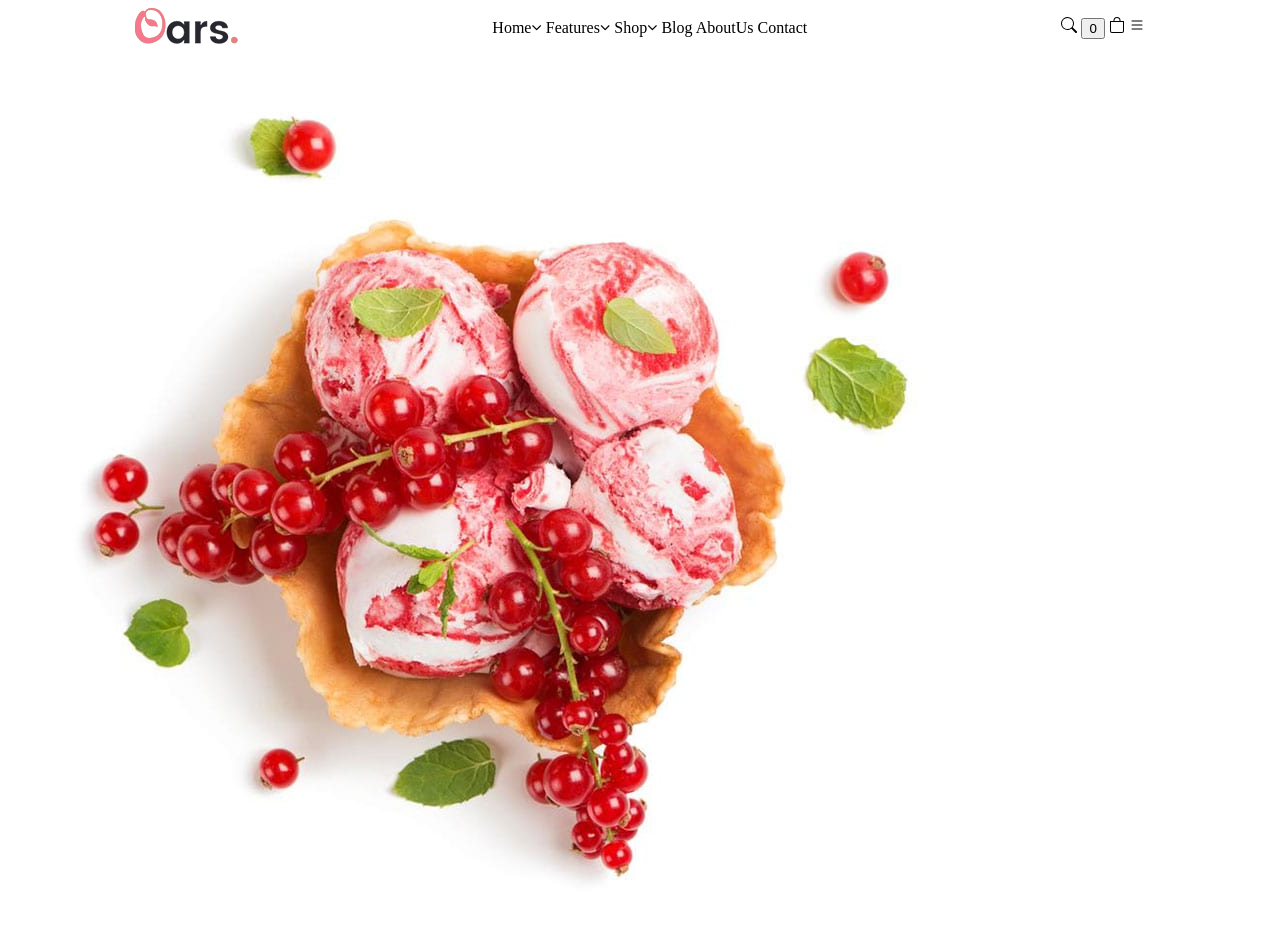
Repository: pradeepi2i/ice-cream
Page: icecream.html
These files come from the project's save history. The page is drawn as it stood at one moment and after the next save; the edit follows.
The browser window is 1280 px wide. The pictures show the part of the page from y = 0 to 952 px (the page is 8871 px tall).

Above is the page before, as saved 2022-11-16 12:59:17.

### icecream.html
<!DOCTYPE html>
<html lang="en">
  <head>
    <meta charset="UTF-8" />
    <meta http-equiv="X-UA-Compatible" content="IE=edge" />
    <meta name="viewport" content="width=device-width, initial-scale=1.0" />
    <link rel="preconnect" href="https://fonts.googleapis.com" />
    <link rel="preconnect" href="https://fonts.gstatic.com" crossorigin />
    <link
      href="https://fonts.googleapis.com/css2?family=Poppins:wght@500;400;200&display=swap"
      rel="stylesheet"
    />
    <link
      rel="stylesheet"
      href="https://cdnjs.cloudflare.com/ajax/libs/font-awesome/4.7.0/css/font-awesome.min.css"
    />
    <link rel="stylesheet" href="./css/style.css" />
    <title>Ice-cream</title>
  </head>
  <body>
    <div class="header">
      <div class="navbar-left">
        <img src="./images/logo.png" alt="logo" class="title" />
      </div>
      <div class="navbar-center">
        <span class="navigation" id="home"
          >Home<i class="fa fa-angle-down down-arrow" aria-hidden="true"></i
        ></span>
        <span class="navigation"
          >Features<i class="fa fa-angle-down down-arrow" aria-hidden="true"></i
        ></span>
        <span class="navigation"
          >Shop<i class="fa fa-angle-down down-arrow" aria-hidden="true"></i
        ></span>
        <span class="navigation">Blog</span>
        <span class="navigation">AboutUs</span>
        <span class="navigation">Contact</span>
      </div>
      <div class="navbar-right">
        <img
          class="top-nav-icon"
          id="search"
          src="./images/search.svg"
          alt="search"
        />
        <button class="count">0</button>
        <img class="top-nav-icon" src="/images/bag.svg" alt="cart" id="bag" />
        <img class="top-nav-icon" src="/images/menu.svg" alt="menu" id="menu" />
      </div>
    </div>
    <div class="container">
      <div class="top-container">
        <div class="large-left-square-1">
          <img
            id="large-left"
            src="/images/strawberry-big.jpg"
            alt="strawberry-big"
            class="strawberry-big"
          />
        </div>
        <div class="right-rectangle-1">
          <div class="small-ice-row-1-col-1">
            <img
              class="small-ice"
              src="/images/ice-1.jpg"
              alt="Tiramisu Flavour"
            />
            <button class="hot">Hot</button>
            <div class="txt">
              <p class="flavour">Ice Cream With Tiramisu Flavour</p>
              <span class="price">$12.00</span>
            </div>
          </div>
          <div class="small-ice-row-1-col-2">
            <img class="small-ice" src="/images/ice-2.jpg" alt="Scrachatella" />
            <button class="hot">Hot</button>
            <button class="sale">Sale</button>
            <div class="txt">
              <p class="flavour">Scrachatella Ice Cream</p>
              <span class="price">$36.90</span>
              <span class="old-price">&nbsp$41.00</span>
            </div>
          </div>
          <div class="small-ice-row-1-col-1">
            <img
              class="small-ice"
              src="/images/ice-3.jpg"
              alt="Tiramisu Flavour"
            />
            <button class="hot">Hot</button>
            <div class="txt">
              <p class="flavour">Cream with strawberry</p>
              <span class="price">$15.00</span>
            </div>
          </div>
          <div class="small-ice-row-1-col-2">
            <img
              class="small-ice"
              src="/images/ice-4.jpg"
              alt="Cappuccino Ice Cream"
            />
            <button class="sale-only">Sale</button>
            <div class="txt">
              <p class="flavour">Cappuccino Ice Cream</p>
              <span class="price">$18.90</span>
              <span class="old-price">&nbsp$20.00</span>
            </div>
          </div>
        </div>
      </div>
      <div class="middle-container">
        <div class="poster">
          <div class="content">
            <h1 class="title">Stepping into15th years of sharing smiles</h1>
            <p class="subtitle">
              Prasent commodo cursus magna,vel scelerisque nisl consectetur et.
              Cras mattis consectetur purus sit amet fermentum. Lorem ipsum
              dolor sit amet, consectetur adipiscing elit. Donec ullamcorper
              nulla non metus auctor fringilla.Nullam quis risus eget urna
              mollis ornare vel eu leo.
            </p>
            <p id="about">About Oars Store</p>
          </div>
        </div>
      </div>
      <div class="top-container">
        <div class="right-rectangle-1">
          <div class="small-ice-row-1-col-1">
            <img
              class="small-ice"
              src="/images/ice-5.jpg"
              alt="Ice Cream Covered With Chocolate & Nuts"
            />
            <div class="txt">
              <p class="flavour">Ice Cream With Chocolate & Nuts</p>
              <span class="price">$60.00</span>
            </div>
          </div>
          <div class="small-ice-row-1-col-2">
            <img
              class="small-ice"
              src="/images/ice-6.jpg"
              alt="Colorful Popsicles Isolated"
            />
            <button class="hot">Hot</button>
            <button class="sale">Sale</button>
            <div class="txt">
              <p class="flavour">Colorful Popsicles Isolated</p>
              <span class="price">$54.00</span>
              <span class="old-price">&nbsp$69.00</span>
            </div>
          </div>
          <div class="small-ice-row-1-col-1">
            <img
              class="small-ice"
              src="/images/ice-7.jpg"
              alt="Ice Cream Covered With Chocolate "
            />
            <button class="hot">Hot</button>
            <button class="sale">Sale</button>
            <div class="txt">
              <p class="flavour">Ice Cream Covered With Chocolate</p>
              <span class="price">$27.00</span>
              <span class="old-price">&nbsp$42.00</span>
            </div>
          </div>
          <div class="small-ice-row-1-col-2">
            <img
              class="small-ice"
              src="/images/ice-4.jpg"
              alt="Colorful Popsicles Isolated"
            />
            <button class="hot">Hot</button>
            <div class="txt">
              <p class="flavour">Colorful Popsicles Isolated</p>
              <span class="price">$69.90</span>
            </div>
          </div>
        </div>
        <div class="large-right-square-1">
          <img
            id="large-left"
            src="/images/cone-big.jpg"
            alt="cone-big"
            class="strawberry-big"
          />
        </div>
      </div>
      <div class="bottom-container">
        <div class="bottom-top-container">
          <img src="/images/product-1.png" alt="coffee" class="product" />
          <img src="/images/product-2.png" alt="chocolate" class="product" />
          <img src="/images/product-3.png" alt="market" class="product" />
          <img src="/images/product-4.png" alt="mountain" class="product" />
          <img src="/images/product-5.png" alt="mountainbike" class="product" />
          <img src="/images/product-6.png" alt="morelle" class="product" />
        </div>
        <div class="bottom-middle-container">
          <div class="details">
            <div class="contact-details">
              <div class="contact-title">
                <h2>Contact Us</h2>
                <div class="bottom-line">
                  <hr class="line" />
                  <hr class="dot" />
                </div>
                <p class="description">
                  Fusce dapibus, tellus ac cursus commodo, tortor mauris
                  condimentum nibh
                </p>
                <div class="navigation-icon">
                  <div class="nav" id="location">
                    <i class="fa fa-map-marker nav-icon" aria-hidden="true"></i>
                    <span class="info"
                      >221b Notingham Forest - London - UK</span
                    >
                  </div>
                  <div class="nav" id="call">
                    <i class="fa fa-phone nav-icon" aria-hidden="true"></i
                    ><span class="info">0123 456 789 - 0123 987 654</span>
                  </div>
                  <div class="nav" id="mail">
                    <i class="fa fa-paper-plane nav-icon" aria-hidden="true"></i
                    ><span class="info">tivatheme@gmail.com</span>
                  </div>
                </div>
              </div>
              <div class="time-title">
                <h2>Opening Hours</h2>
                <div class="bottom-line">
                  <hr class="line" />
                  <hr class="dot" />
                </div>
                <div class="week-days">
                  <h3>Mon - Fri</h3>
                  <p class="time">08.00 am - 17.00 pm</p>
                </div>
                <div class="week-end">
                  <h3>Sat - Sun</h3>
                  <p class="time">08.00 am - 11.30 pm</p>
                </div>
              </div>
              <div class="link-title">
                <h2>Useful Links</h2>
                <div class="bottom-line">
                  <hr class="line" />
                  <hr class="dot" />
                </div>
                <div class="link">
                  <p>About Us</p>
                  <p>Portfolio</p>
                  <p>Terms Of Service</p>
                  <p>Privacy Policy</p>
                  <p>Contact Us</p>
                </div>
              </div>
              <div class="direction-title">
                <h2>Get Direction</h2>
                <div class="bottom-line">
                  <hr class="line" />
                  <hr class="dot" />
                </div>
                <div class="direction">
                  <img src="/images/map.png" alt="map" class="map" />
                </div>
              </div>
            </div>
          </div>
        </div>
        <div class="bottom-end-container">
          <div class="footer">
            <div class="copyrights">
              <p class="copy">
                &copy; 2020 <span class="company-name">Oars Organic</span
                ><span>. All Rights Reserved. Design by</span>
                <span class="company-name">Tivatheme</span>
              </p>
            </div>
            <div class="support">
              <p class="support-options">
                <span class="options">Help</span>
                <span class="options">FAQs</span>
                <span class="options">History</span>
                <span class="options">Online Support</span>
              </p>
            </div>
            <div class="bottom-round">
              <i
                class="fa fa-long-arrow-up fa-2x"
                id="bottom-icon"
                aria-hidden="true"
              ></i>
            </div>
          </div>
        </div>
      </div>
    </div>
  </body>
</html>

### css/style.css
.header {
    display: flex;
    justify-content: space-around;
    align-items: center;
}
.navbar-center

After the next save:
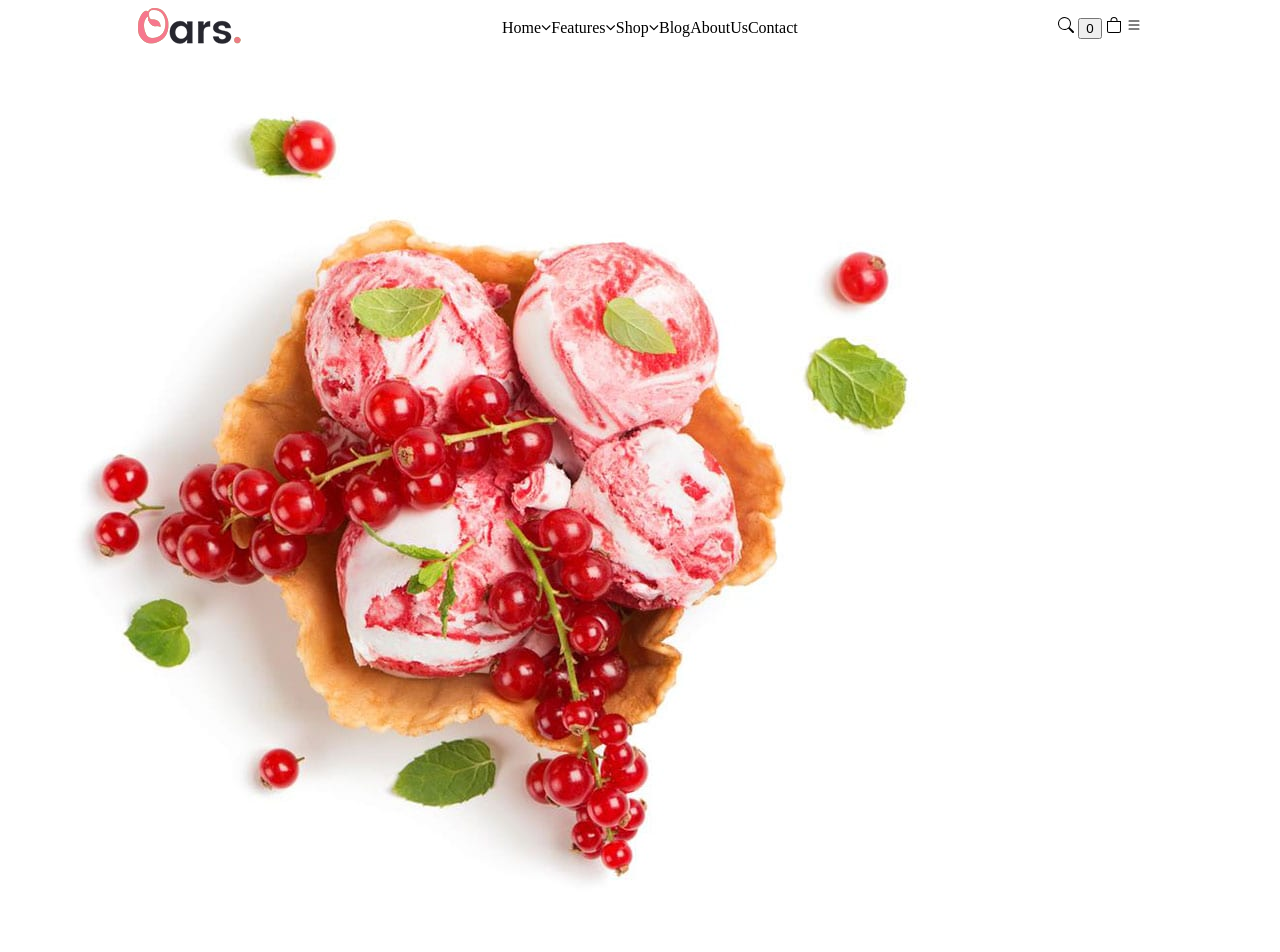
Saved 5 s later.
--- a/css/style.css
+++ b/css/style.css
@@ -3,4 +3,7 @@
     justify-content: space-around;
     align-items: center;
 }
-.navbar-center
+.navbar-center {
+    display: flex;
+    justify-content: center;
+}
